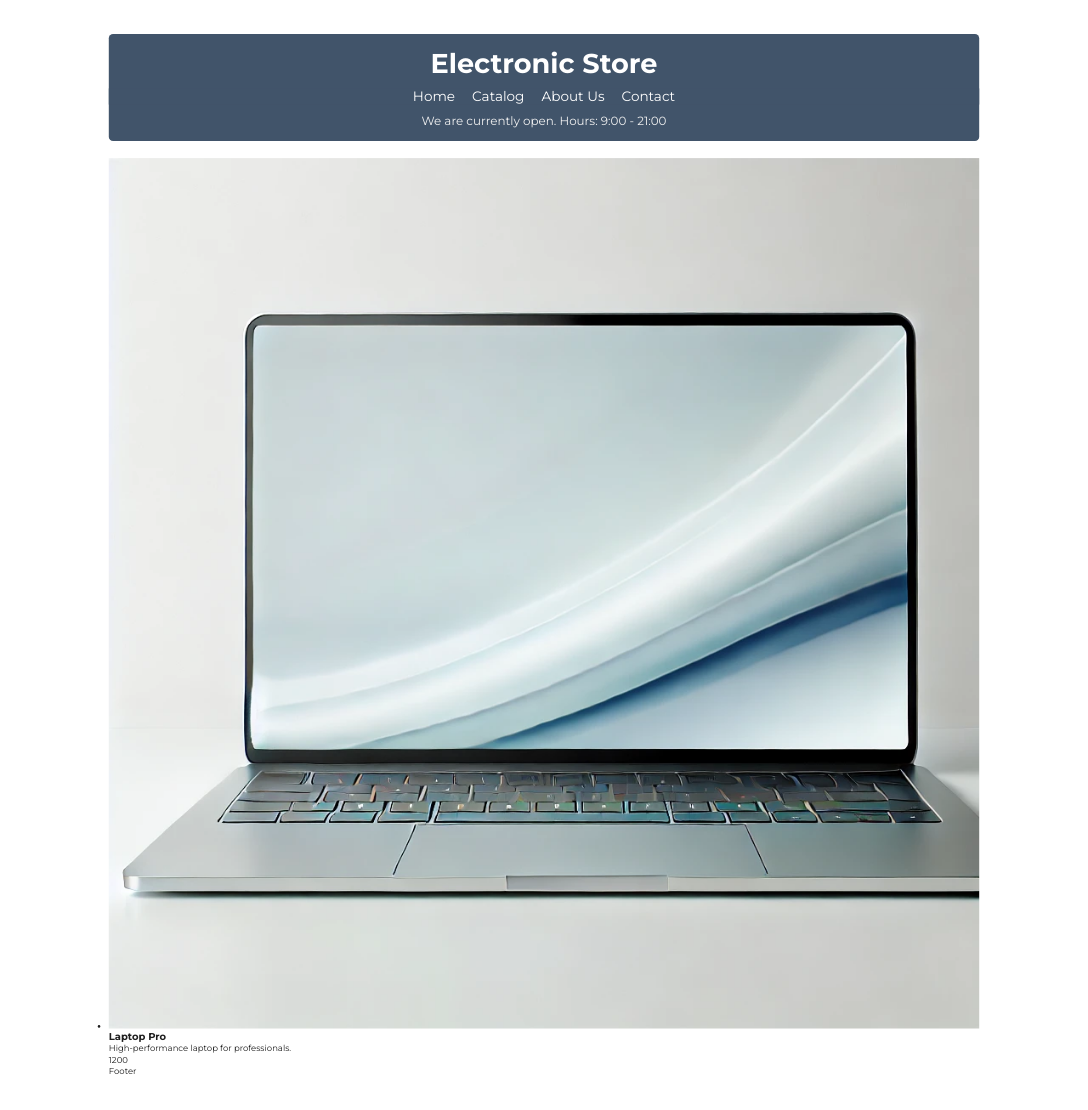
Repository: Lithium87/e-Strore
Page: /
An editor plug-in stored every save of this project. The page is shown before and after the next save, followed by the edit.
The browser window is 1280 px wide. The pictures show the whole page, at 85% of full size.
The project was rebuilt for these pictures with package versions that can differ from the ones it lists, and the page was loaded fresh each time. Also part of the build but not shown: vite.config.js.

Above is the page before, as saved 2025-07-05 16:26:42.

After the next save:
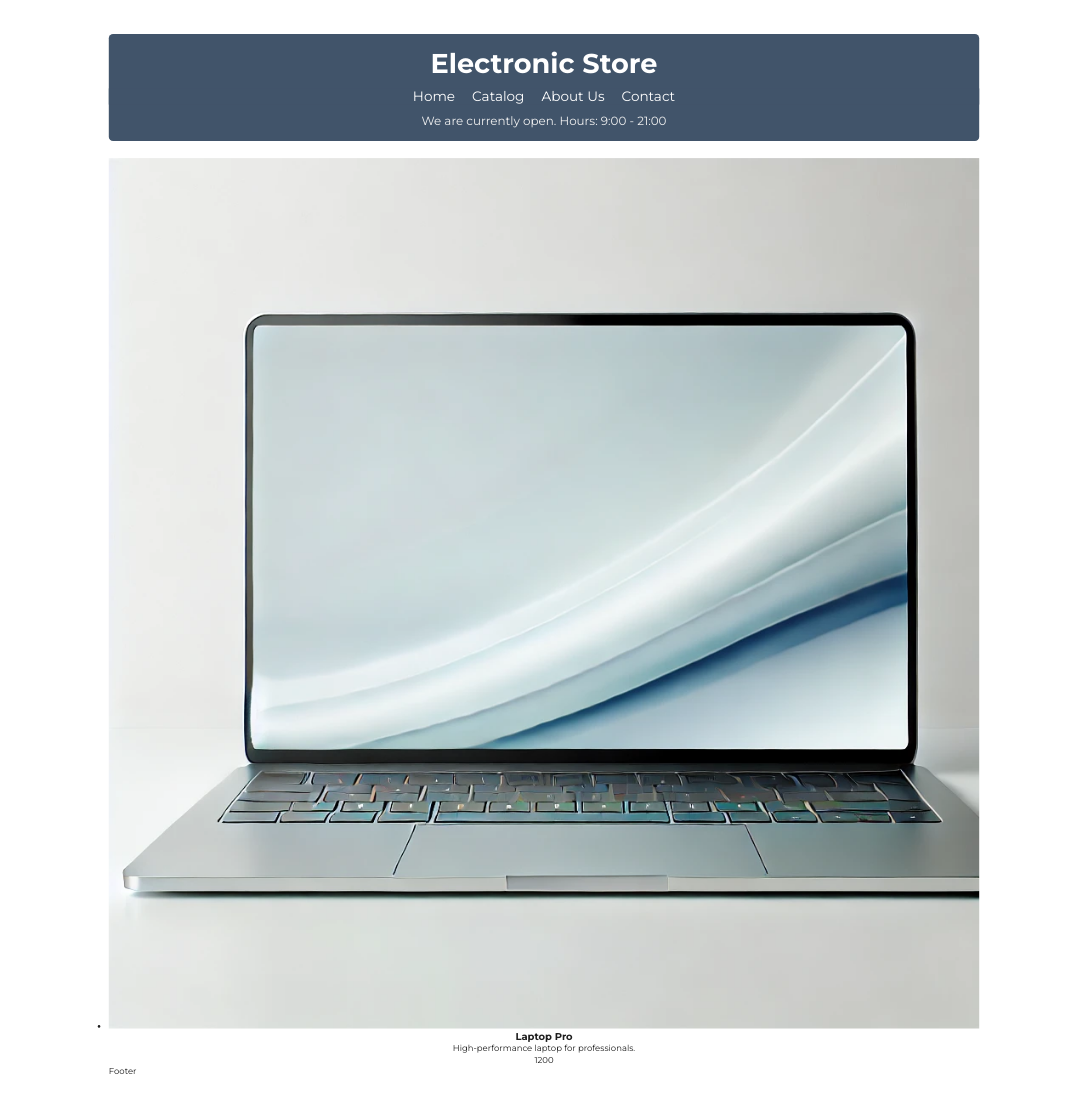
Saved 56 s later.
--- a/src/App.jsx
+++ b/src/App.jsx
@@ -96,7 +96,7 @@ const Header = () => {
 
 const Catalog = () => {
   return (
-    <main>
+    <main className="catalog">
       <ul>
         <Product />
       </ul>
